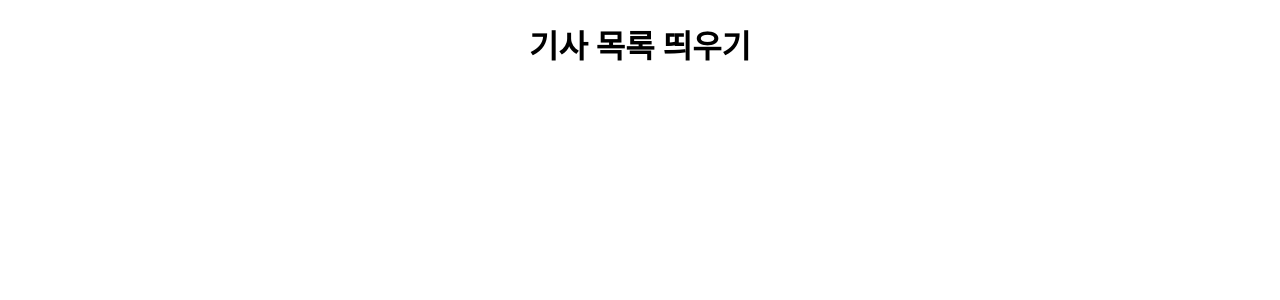
Repository: Jadeyj-713/miniproject2
Page: http://localhost/yeogi/pList.do
These files come from the project's save history. The page is drawn as it stood at one moment and after the next save; the edit follows.
The browser window is 1280 px wide. The pictures show the whole page.
The page is served by Tomcat 9. Other server files are loaded and not shown. Queries for data that is not in the repository find no rows.

Above is the page before, as saved 2025-03-31 07:32:41.

### yeogi/src/main/webapp/mini2/pList.jsp
<%@ page language="java" contentType="text/html; charset=UTF-8"
    pageEncoding="UTF-8"%>
    <%@ taglib prefix="c" uri="http://java.sun.com/jsp/jstl/core" %>
<!DOCTYPE html>
<html>
<head>
<meta charset="UTF-8">
<title>test</title>
<style>
	body{margin:0; padding:0; text-align:center;}
    .bordertest{
        border: 1px solid darkblue;
        clear: both;
        margin-left: 20vh;
        margin-right: 20vh;

    }
    img{
    	float: left;
    	width: 150px;
        height: 150px;
        line-height: 150px;
        border: 1px solid black;
    }
    /* 스마트폰 모드 (최대 너비 576px) */
    @media (max-width: 576px) {
    /* 스마트폰 모드에 적용할 CSS 스타일 */
        .bordertest{margin: 0;}
        img{border-color: yellow;}
    }

    /* 태블릿 및 스마트폰 모드 (최대 너비 768px) */
    @media (max-width: 768px) {
    /* 태블릿 및 스마트폰 모드에 적용할 CSS 스타일 */
        .bordertest{margin: 0;}
        img{border-color: red;}
    }

</style>
</head>
<body>
 <h1>기사 목록 띄우기</h1>
 <c:forEach items="${boardLists }" var="post">
    <div class="bordertest">
        <img src="" alt="썸네일">
        <div>
            <h2>${post.title}</h2>
            <p>${post.country}</p>
            <p>${post.tag}</p>
            <p>${post.content}</p>
        </div>
    </div>
 </c:forEach>
	<div>
		${ map.pagingImg }
	</div>


</body>
</html>

### yeogi/src/main/java/com/yeogi/controller/pListController.java
package com.yeogi.controller;

import java.io.IOException;
import java.util.HashMap;
import java.util.List;
import java.util.Map;

import javax.servlet.ServletException;
import javax.servlet.annotation.WebServlet;
import javax.servlet.http.HttpServlet;
import javax.servlet.http.HttpServletRequest;
import javax.servlet.http.HttpServletResponse;

import com.yeogi.dao.PostDAO;
import com.yeogi.dto.PostDTO;

import util.Pageing;

/**
 * Servlet implementation class pListController
 */
@WebServlet("/pList.do")
public class pListController extends HttpServlet {
	private static final long serialVersionUID = 1L;

    /**
     * @see HttpServlet#HttpServlet()
     */
    public pListController() {
        super();
        // TODO Auto-generated constructor stub
    }

	/**
	 * @see HttpServlet#doGet(HttpServletRequest request, HttpServletResponse response)
	 */
	@Override
	protected void doGet(HttpServletRequest req, HttpServletResponse resp) throws ServletException, IOException {
		 // DAO 생성
	       PostDAO dao = new PostDAO();

	        // 뷰에 전달할 매개변수 저장용 맵 생성
	        Map<String, Object> map = new HashMap<>();

//	        String searchField = req.getParameter("searchField");
//	        String searchWord = req.getParameter("searchWord");
//	        if (searchWord != null) {
//	            // 쿼리스트링으로 전달받은 매개변수 중 검색어가 있다면 map에 저장
//	            map.put("searchField", searchField);
//	            map.put("searchWord", searchWord);
//	        }
	        int totalCount = dao.selectCount(map);  // 게시물 개수

	        /* 페이지 처리 start */
	        int pageSize = 10; //한 페이지에 출력할 글의 갯수
	        int blockPage = 5; //페이지 번호의 갯수 1,2,3,4,5

	        // 현재 페이지 확인
	        int pageNum = 1;  // 기본값
	        String pageTemp = req.getParameter("pageNum");
	        if (pageTemp != null && !pageTemp.equals(""))
			 {
				pageNum = Integer.parseInt(pageTemp); // 요청받은 페이지로 수정
			}

	        // 목록에 출력할 게시물 범위 계산
	        int start = (pageNum - 1) * pageSize + 1;  // 첫 게시물 번호
	        int end = pageNum * pageSize; // 마지막 게시물 번호
	        map.put("start", start);
	        map.put("end", end);
//	        /* 페이지 처리 end */

	        List<PostDTO> boardLists = dao.selectListPage(map);  // 게시물 목록 받기
	        dao.close(); // DB 연결 닫기

	        // 뷰에 전달할 매개변수 추가
//	        String pagingImg = Pageing.pagingStr(totalCount, pageSize,
//	                blockPage, pageNum, "../plist.do");  // 바로가기 영역 HTML 문자열
//	        System.out.println(pagingImg);
//	        map.put("pagingImg", pagingImg);
//	        map.put("totalCount", totalCount);
//	        map.put("pageSize", pageSize);
//	        map.put("pageNum", pageNum);

	        // 전달할 데이터를 request 영역에 저장 후 List.jsp로 포워드
	        req.setAttribute("boardLists", boardLists);
	        req.setAttribute("map", map);
	        req.getRequestDispatcher("/mini2/pList.jsp").forward(req, resp);
	}

	/**
	 * @see HttpServlet#doPost(HttpServletRequest request, HttpServletResponse response)
	 */
	@Override
	protected void doPost(HttpServletRequest request, HttpServletResponse response) throws ServletException, IOException {
		// TODO Auto-generated method stub
		doGet(request, response);
	}

}

### yeogi/src/main/java/conn/DBConnPool.java
package conn;

import java.sql.Connection;
import java.sql.PreparedStatement;
import java.sql.ResultSet;
import java.sql.Statement;

import javax.naming.Context;
import javax.naming.InitialContext;
import javax.sql.DataSource;

public class DBConnPool {
	public Connection con;
	public Statement stmt;
	public PreparedStatement psmt;
	public ResultSet rs;

	public DBConnPool() {
		try {
			Context initCtx = new InitialContext();
			Context ctx = (Context)initCtx.lookup("java:comp/env");
			DataSource source = (DataSource)ctx.lookup("jdbc/myoracle");
			// 커넥션 풀을 통해 연결 얻기
			con = source.getConnection();

			System.out.println("DB 커넥션 풀 연결 성공");
		}catch (Exception e) {
			System.out.println("DB 커넥션 풀 연결 실패");
			e.printStackTrace();
		}
	}//생성자 끝
	// 연결 해제(자원 반납)
		public void close() {
			try {
				if (rs != null) rs.close();
				if (stmt != null) stmt.close();
				if (psmt != null) psmt.close();
				if (con != null) con.close();  // 자동으로 커넥션 풀로 반납됨

				System.out.println("DB 커넥션 풀 자원 반납");
			}
			catch (Exception e) {
				e.printStackTrace();
			}
		}
}

### yeogi/src/main/java/com/yeogi/dao/PostDAO.java
package com.yeogi.dao;

import java.util.ArrayList;
import java.util.List;
import java.util.Map;

import com.yeogi.dto.PostDTO;

import conn.DBConnPool;

public class PostDAO extends DBConnPool{
	public PostDAO() {
		super();
	}

	// 검색 조건에 맞는 게시물의 개수를 반환합니다.
    public int selectCount(Map<String, Object> map) {
        int totalCount = 0;
        String query = "SELECT COUNT(*) FROM post";
//        if (map.get("searchWord") != null) {
//            query += " WHERE " + map.get("searchField") + " "
//                   + " LIKE '%" + map.get("searchWord") + "%'";
//        }
        try {
            stmt = con.createStatement();
            rs = stmt.executeQuery(query);
            rs.next();
            totalCount = rs.getInt(1);
        }
        catch (Exception e) {
            System.out.println("게시물 카운트 중 예외 발생");
            e.printStackTrace();
        }

        return totalCount;
    }
    public List<PostDTO> selectListPage(Map<String,Object> map) {
        List<PostDTO> board = new ArrayList<PostDTO>();
        String query = " "
        				+ " SELECT * FROM post ";


//                     + "SELECT * FROM ( "
//                     + "    SELECT Tb.*, ROWNUM rNum FROM ( "
//                     + "        SELECT * FROM post ";
        //검색을 하는 경우 where절 추가
//        if (map.get("searchWord") != null)
//        {
//            query += " WHERE " + map.get("searchField")
//                   + " LIKE '%" + map.get("searchWord") + "%' ";
//        }
//
//        query += "        ORDER BY idx DESC "
//               + "    ) Tb "
//               + " ) "
//               + " WHERE rNum BETWEEN ? AND ?";

        System.out.println(query);

        try {
            psmt = con.prepareStatement(query);
//            psmt.setString(1, map.get("start").toString());
//            psmt.setString(2, map.get("end").toString());
            rs = psmt.executeQuery();

            while (rs.next()) {
            	// Model 객체에 게시글 데이터 저장
            	PostDTO dto = new PostDTO();

                dto.setIdx(rs.getString(1));
                dto.setTitle(rs.getString(2));
                dto.setCountry(rs.getString(4));
                dto.setTag(rs.getString(3));
                dto.setContent(rs.getString(5));
                dto.setPostdate(rs.getDate(6));
//                dto.setOfile(rs.getString(6));
//                dto.setSfile(rs.getString(7));
//                dto.setDowncount(rs.getInt(8));
//                dto.setPass(rs.getString(9));
//                dto.setVisitcount(rs.getInt(10));

                board.add(dto); // list에 model 추가
            }
        }
        catch (Exception e) {
            System.out.println("게시물 조회 중 예외 발생");
            e.printStackTrace();
        }
        return board; // list 리턴
    }

}

After the next save:
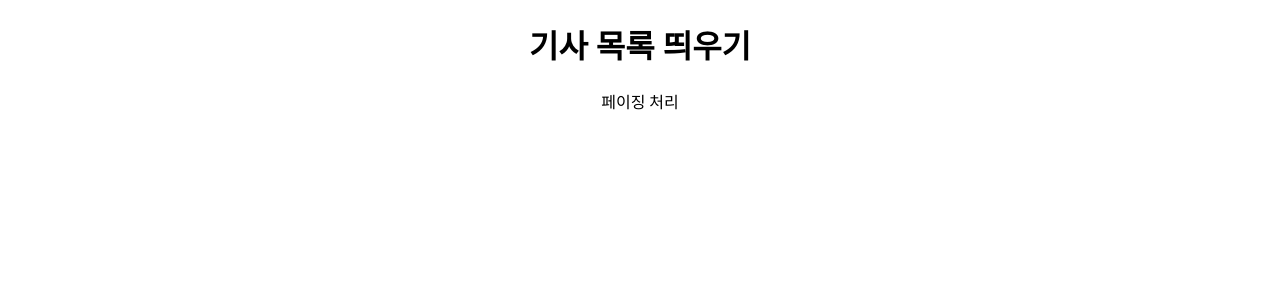
Saved 36 s later.
--- a/yeogi/src/main/webapp/mini2/pList.jsp
+++ b/yeogi/src/main/webapp/mini2/pList.jsp
@@ -52,7 +52,8 @@
     </div>
  </c:forEach>
 	<div>
-		${ map.pagingImg }
+		<%-- ${ map.pagingImg } --%>
+		페이징 처리
 	</div>
 
 
